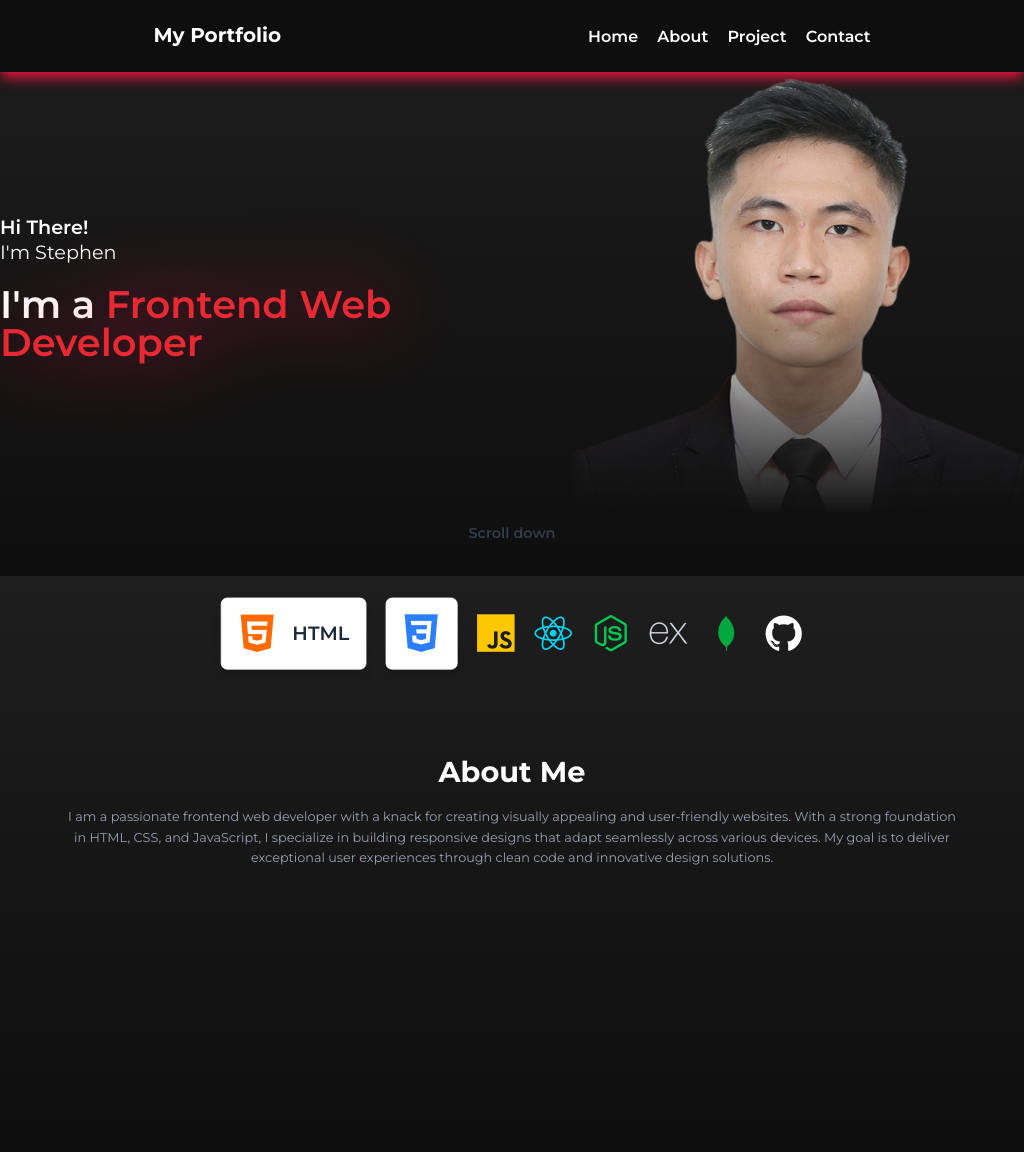
Repository: KaguyaKawaii/portfolio
Page: / (app in frontend/)
These files come from the project's save history. The page is drawn as it stood at one moment and after the next save; the edit follows.
The browser window is 1280 px wide. The pictures show the whole page, at 80% of full size.
Some web libraries are served in a nearby version. The project was rebuilt for these pictures with package versions that can differ from the ones it lists, and the page was loaded fresh each time. Also part of the build but not shown: frontend/vite.config.js.

Above is the page before, as saved 2025-10-28 22:27:21.

### frontend/src/main.jsx
import { StrictMode } from 'react'
import { createRoot } from 'react-dom/client'
import './index.css'
import App from './App.jsx'
import "devicon/devicon.min.css";



createRoot(document.getElementById('root')).render(
  <StrictMode>
    <App />
  </StrictMode>,
)

### frontend/src/index.css
/* ✅ 1️⃣ Google Fonts first */
@import url('https://fonts.googleapis.com/css2?family=Montserrat:wght@400;500;600;700&display=swap');

/* ✅ 2️⃣ Then Tailwind (only once) */
@import "tailwindcss";

/* ✅ 3️⃣ Optional: your own CSS rules */
body {
  font-family: 'Montserrat', sans-serif;
}

### frontend/src/App.jsx
import { useState } from 'react'
import pic from './assets/image.png'
import project from './assets/project.png'

function App() {

  return (
    <>
      <header className='bg-[#0F0E0E] h-[90px] w-full absolute shadow-lg shadow-[#dc143c]'>
        <div className='flex justify-around items-center h-full text-white'>
          <h1 className='font-bold font-montserrat text-[25px]'>My Portfolio</h1>

          <div className='flex font-montserrat gap-6 font-semibold text-[20px]'>
            <p>Home</p>
            <p>About</p>
            <p>Project</p>
            <p>Contact</p>
          </div>
        </div>
      </header>

      <body className='bg-linear-180 from-[#1E1E1E] to-[#0F0E0E] h-screen text-white'>
        <div className='flex justify-around items-center h-screen'>
          <div>
            <div className='text-2xl'>
              <h1 className='font-semibold'>Hi There!</h1>
              <p>I'm Stephen</p>
            </div>
            <div className='mt-6 animate-fade-in'>
              <p className='font-semibold text-5xl'>I'm a  <span className="drop-shadow-[0_0_50px_#dc143c] text-red-500 animate-pulse">Frontend Web Developer</span></p>

            </div>
          </div>

          <div className=''>
          <img
            src={pic}
            alt="profile"
            className="w-full h-full object-cover rounded-4xl"
            style={{
              maskImage: "linear-gradient(to bottom, black 50%, transparent 100%)",
              WebkitMaskImage: "linear-gradient(to bottom, black 50%, transparent 100%)",
            }}
          />
          </div>
        </div>

        <div className='flex justify-center items-center text-gray-700 text-lg font-montserrat font-semibold animate-pulse absolute bottom-10 w-full'>
          Scroll down
        </div>

          {/* Body 2 */}
          <div className='h-screen'>

            <div className='flex gap-6 justify-center items-center h-[20vh] font-semibold text-3xl text-white'>
              <div className="flex flex-wrap gap-6 justify-center">

                <div className="flex flex-wrap gap-6 justify-center text-white animate-slide">
                  {/* HTML5 */}
                  <div className="flex items-center hover:scale-110 transition-transform border rounded-lg p-5 gap-5 bg-white shadow-lg hover:shadow-red-500 duration-500">
                    <i className="devicon-html5-plain text-orange-500 text-5xl"></i>
                    <p className='text-2xl text-gray-800 font-semibold'>HTML</p>
                  </div>

                  {/* CSS3 */}
                  <div className="flex items-center hover:scale-110 transition-transform border rounded-lg p-5 gap-5 bg-white shadow-lg hover:shadow-red-500 duration-500">
                    <i className="devicon-css3-plain text-blue-500 text-5xl"></i>

                  </div>

                  {/* JavaScript */}
                  <div className="flex items-center hover:scale-110 transition-transform">
                    <i className="devicon-javascript-plain text-yellow-400 text-5xl"></i>

                  </div>

                  {/* React.js */}
                  <div className="flex items-center hover:scale-110 transition-transform">
                    <i className="devicon-react-original text-cyan-400 text-5xl"></i>

                  </div>



                  {/* Node.js */}
                  <div className="flex items-center hover:scale-110 transition-transform">
                    <i className="devicon-nodejs-plain text-green-500 text-5xl"></i>

                  </div>

                  {/* Express.js */}
                  <div className="flex items-center hover:scale-110 transition-transform">
                    <i className="devicon-express-original text-gray-300 text-5xl"></i>

                  </div>

                  {/* MongoDB */}
                  <div className="flex items-center hover:scale-110 transition-transform">
                    <i className="devicon-mongodb-plain text-green-600 text-5xl"></i>

                  </div>

                  {/* GitHub */}
                  <div className="flex items-center hover:scale-110 transition-transform">
                    <i className="devicon-github-original text-white text-5xl"></i>

                  </div>
                </div>

              </div>



            </div>

            <div>
              <h1 className='text-white font-montserrat text-4xl font-bold text-center pt-20'>About Me</h1>
              <p className='text-gray-400 font-montserrat text-center mt-6 mx-20 leading-relaxed'>
                I am a passionate frontend web developer with a knack for creating visually appealing and user-friendly websites. With a strong foundation in HTML, CSS, and JavaScript, I specialize in building responsive designs that adapt seamlessly across various devices. My goal is to deliver exceptional user experiences through clean code and innovative design solutions.
              </p>

              {/* <div className='flex flex-col items-center'>
                <h1 className='text-white font-montserrat text-4xl font-bold text-center pt-20'>Project</h1>

                <div className='flex flex-col justify-center items-center mt-10'>
                  <img src={project}
                  className='rounded-2xl shadow-2xl shadow-red-800 w-[800px] h-[500px]'
                  alt="" />

                  <div className='mt-5'>
                    <p>Circulink</p>
                  </div>

                </div>
              </div> */}
            </div>

          </div>

      </body>




    </>
  )
}

export default App

Loaded but not shown: frontend/index.html (common file)

After the next save:
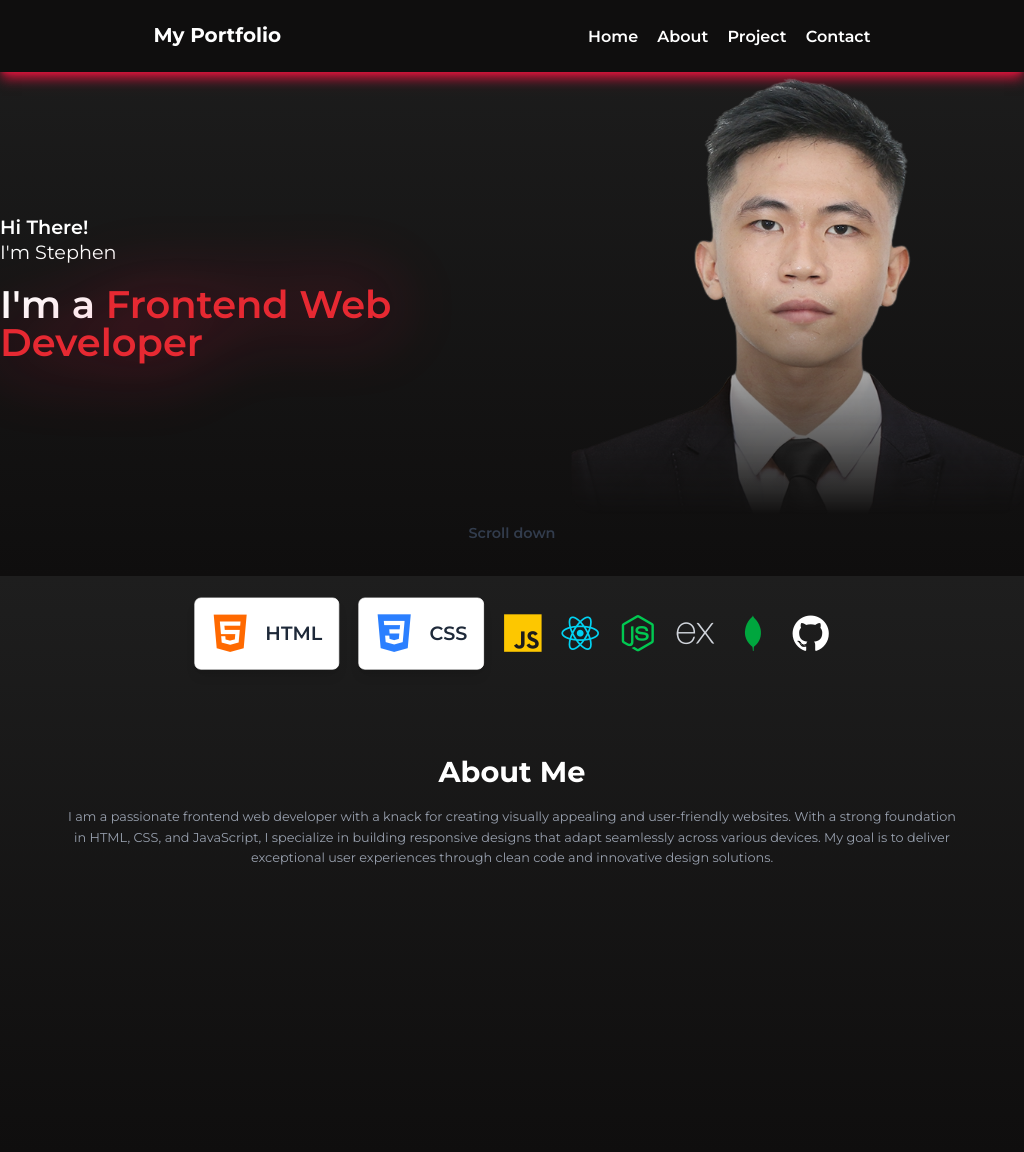
Saved 8 s later.
--- a/frontend/src/App.jsx
+++ b/frontend/src/App.jsx
@@ -65,7 +65,7 @@
                   {/* CSS3 */}
                   <div className="flex items-center hover:scale-110 transition-transform border rounded-lg p-5 gap-5 bg-white shadow-lg hover:shadow-red-500 duration-500">
                     <i className="devicon-css3-plain text-blue-500 text-5xl"></i>
-
+                    <p className='text-2xl text-gray-800 font-semibold'>CSS</p>
                   </div>
 
                   {/* JavaScript */}
